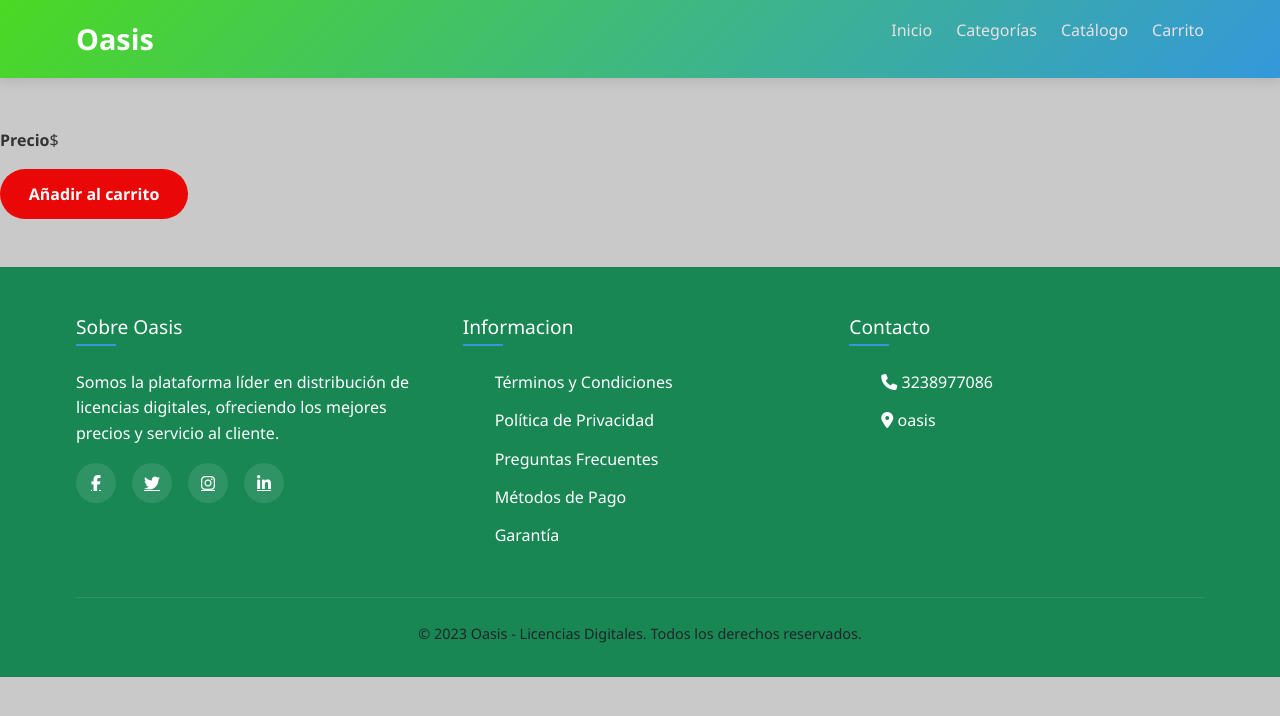
Repository: chicharo2025/oasis
Page: django_techstore/productos/templates/productos/detalle.html
These files come from the project's save history. The page is drawn as it stood at one moment and after the next save; the edit follows.
The browser window is 1280 px wide. The pictures show the whole page.
The page is served by the project's application, run on Django 5.2 (django_techstore/manage.py). The template is opened directly, without the code that normally fills it, so the values that code supplies are empty.

Above is the page before, as saved 2025-04-18 15:22:36.

After the next save:
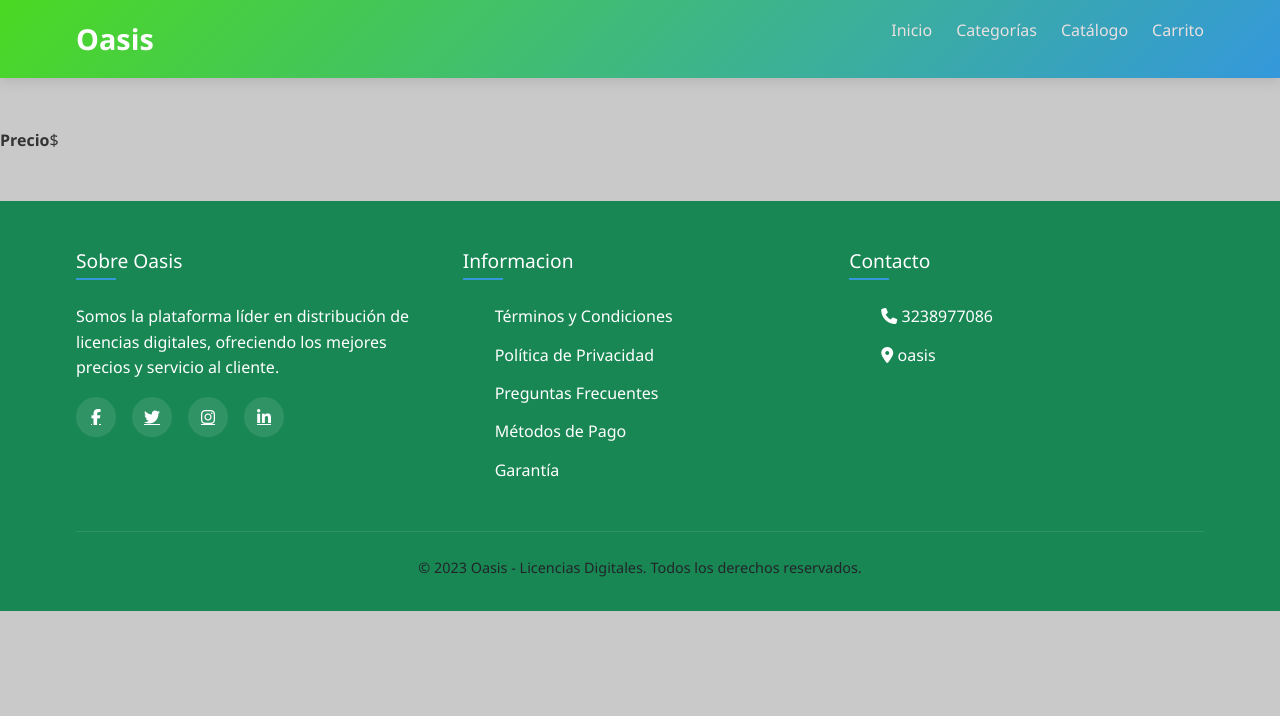
Saved 47 s later.
--- a/django_techstore/productos/templates/productos/detalle.html
+++ b/django_techstore/productos/templates/productos/detalle.html
@@ -7,9 +7,5 @@
 <img src="{{ producto.imagen.url }}" class="card-img-top" alt="{{ producto.nombre }}" style="width: 100px;">
 <p>{{producto.detalle}}</p>
 <p><strong>Precio</strong>${{producto.precio}}</p>
-<form method="post" action="{% url 'añadir_al_carrito' producto.id %}">
-    {% csrf_token %}
-    <button type="submit" class="btn btn-primary">Añadir al carrito</button>
-</form>
 
 {% include "productos/footer.html" %}
